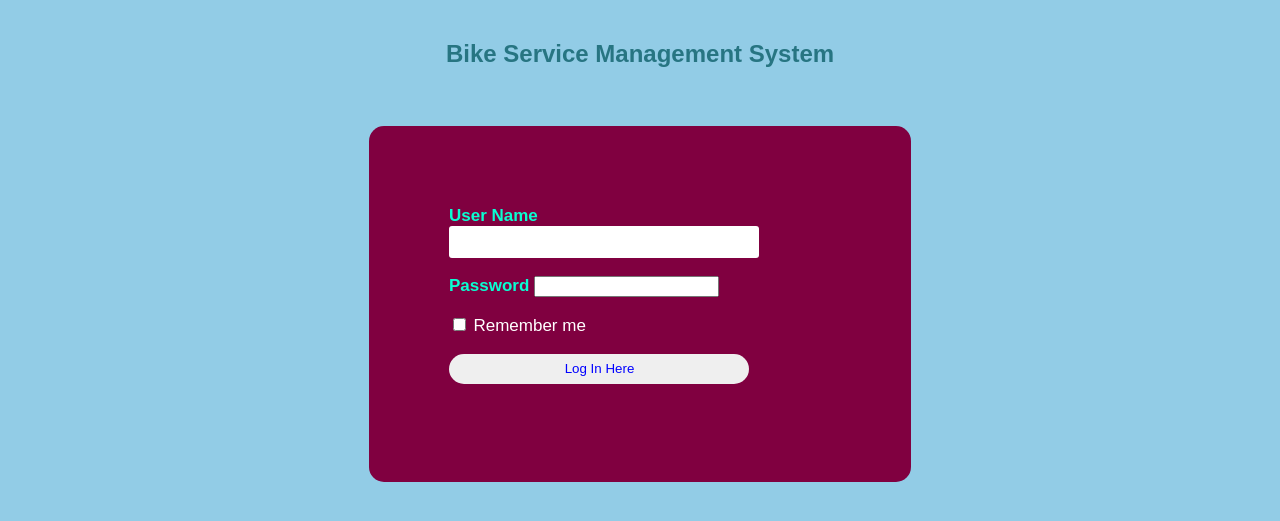
Repository: rohanbhavare1234/BikeServiceWorkspace
Page: eclipse-workspace/jspdemo/WebContent/student-form.html
The author's editor kept a copy of each file at every save. The page is drawn from the files as they stood at one save, then again after the next save.
The browser window is 1280 px wide. The pictures show the whole page.

Above is the page before, as saved 2023-04-11 18:00:15.

After the next save:
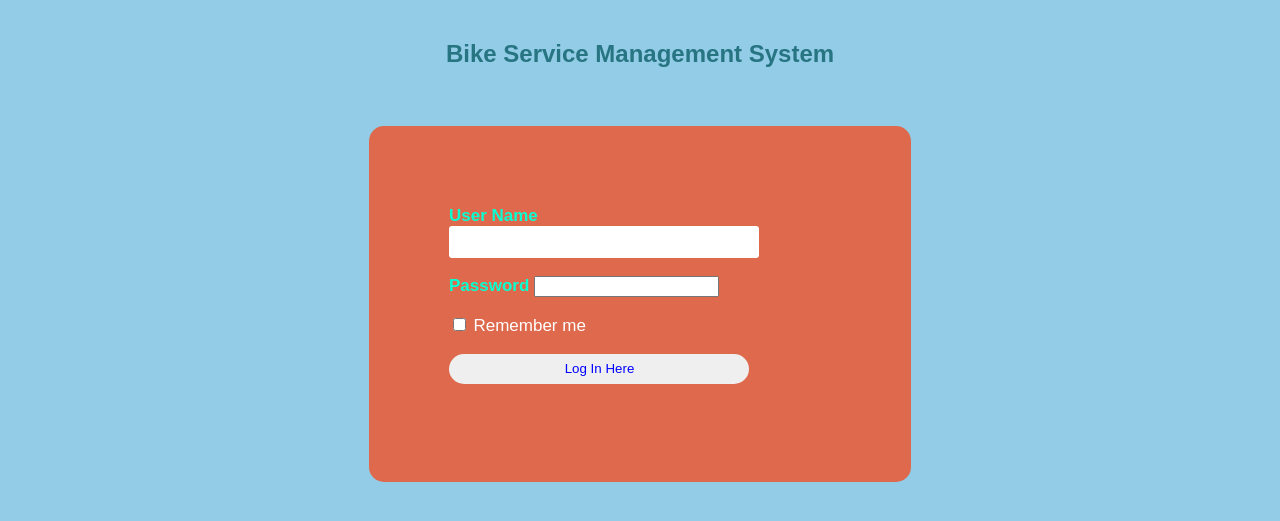
Saved 101 s later.
--- a/eclipse-workspace/jspdemo/WebContent/Style.css
+++ b/eclipse-workspace/jspdemo/WebContent/Style.css
@@ -13,7 +13,7 @@ body
         margin: auto;
         margin: 20 0 0 450px;
         padding: 80px;
-        background: #800040;
+        background:#DE694C;
         border-radius: 15px ;
 
 }
